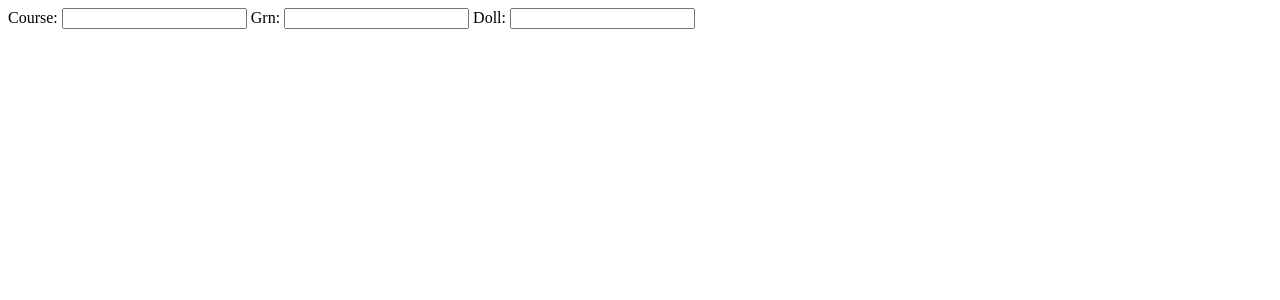
Repository: UkrAndy/Vue__4
Page: 1.Intro/index.html
An editor plug-in stored every save of this project. The page is shown before and after the next save, followed by the edit.
The browser window is 1280 px wide. The pictures show the whole page.

Above is the page before, as saved 2021-05-24 17:10:52.

### 1.Intro/index.html
<!DOCTYPE html>
<html lang="en">
  <head>
    <meta charset="UTF-8" />
    <meta http-equiv="X-UA-Compatible" content="IE=edge" />
    <meta name="viewport" content="width=device-width, initial-scale=1.0" />
    <title>Document</title>
    <script src="https://cdn.jsdelivr.net/npm/vue@2/dist/vue.js"></script>
  </head>

  <body>
    <div id="app">
      <label>
        Course:
        <input type="text" :value="message" />
      </label>
      <label>
        Grn:
        <input type="text" :value="message" />
      </label>
      <label>
        Doll:
        <input type="text" :value="message" />
      </label>
    </div>

    <script>
      let r = 20
      var app = new Vue({
        el: '#app',
        data: {
          course: 27.3,
          grn: 1000,
          doll: 0,
        },
      })
    </script>
  </body>
</html>

After the next save:
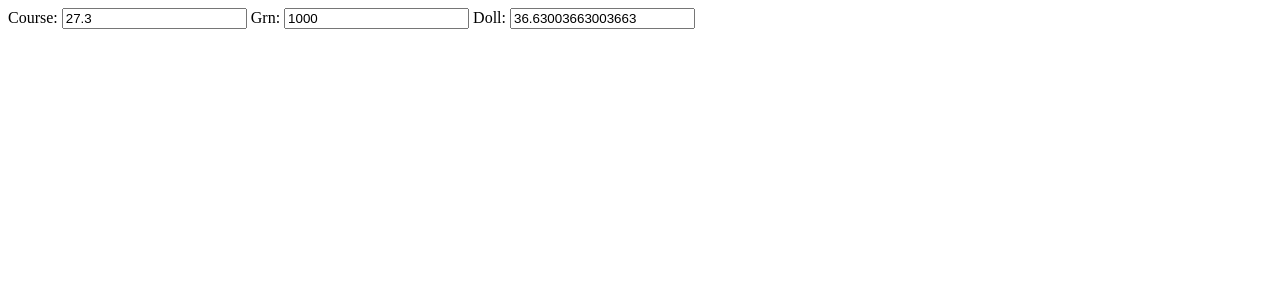
Saved 113 s later.
--- a/1.Intro/index.html
+++ b/1.Intro/index.html
@@ -12,15 +12,15 @@
     <div id="app">
       <label>
         Course:
-        <input type="text" :value="message" />
+        <input type="text" v-model="course" />
       </label>
       <label>
         Grn:
-        <input type="text" :value="message" />
+        <input type="text" v-model="grn" />
       </label>
       <label>
         Doll:
-        <input type="text" :value="message" />
+        <input type="text" :value="grn/course" />
       </label>
     </div>
 
